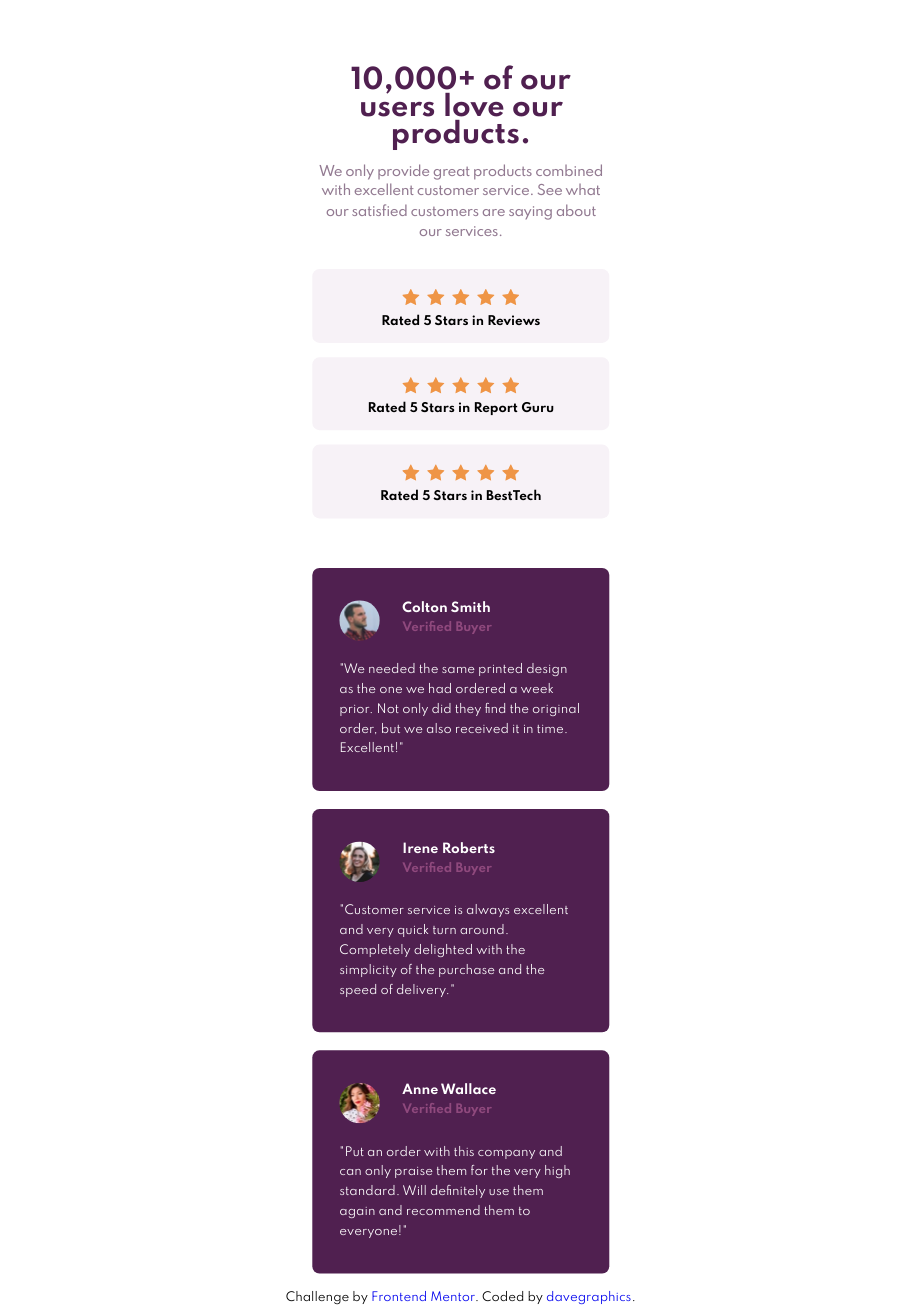
Repository: DejV44/social-proof-section-master
Page: index.html
An editor plug-in stored every save of this project. The page is shown before and after the next save, followed by the edit.
The browser window is 1024 px wide. The pictures show the whole page, at 90% of full size.
The style sheet was rebuilt from its Sass, Less or Tailwind sources for each picture, by a compiler version that may differ from the author's.

Above is the page before, as saved 2021-06-28 21:38:25.

### index.html
<!DOCTYPE html>

<html lang="en">
<head>
    <meta charset="UTF-8">
    <meta http-equiv="X-UA-Compatible" content="IE=edge">
    <meta name="viewport" content="width=device-width, initial-scale=1.0">
    <link rel="stylesheet" href="../css/main.css">
    <title>social-proof-section-master</title>
</head>
<body>
    <div class="size">
        <section class="main">
            <div class="titles">
                <h1 class="title">10,000+ of our <br>users love our <br>products.</h1>
                <p class="item-1">We only provide great products combined with excellent customer service. See what our satisfied customers are saying about our services.</p>
            </div>
            <div class="container">
                <ul>
                    <li class="item1">
                        <img src="../img/stars.svg" alt="stars">
                        <h5>Rated 5 Stars in Reviews</h5>
                    </li>
                </ul>

                <ul>
                    <li class="item2">
                        <img src="../img/stars.svg" alt="stars">
                        <h5>Rated 5 Stars in Report Guru</h5>
                    </li>
                </ul>

                <ul>
                    <li class="item3">
                        <img src="../img/stars.svg" alt="stars">
                        <h5>Rated 5 Stars in BestTech</h5>
                    </li>
                </ul>
            </div>
        </section>

        <section class="citate">
            <ul class="alfa">
                <li>
                    <div class="identy1">
                        <img src="../img/image-colton.jpg" alt="stars">
                        <div>
                            <h3>Colton Smith</h3>
                            <h4>Verified Buyer</h4>
                        </div>
                    </div>
                    <blockquote>"We needed the same printed design as the one we had ordered a week prior. Not only did they find the original order, but we also received it in time. Excellent!"</blockquote>
                </li>
            </ul>

            <ul class="beta">
                <li>
                    <div class="identy2">
                        <img src="../img/image-irene.jpg" alt="stars">
                        <div>
                            <h3>Irene Roberts</h3>
                            <h4>Verified Buyer</h4>
                        </div>
                    </div>
                    <blockquote>"Customer service is always excellent and very quick turn around. Completely delighted with the simplicity of the purchase and the speed of delivery."</blockquote>
                </li>
            </ul>

            <ul class=gama>
                <li>
                    <div class="identy3">
                        <img src="../img/image-anne.jpg" alt="stars">
                        <div>
                            <h3>Anne Wallace</h3>
                            <h4>Verified Buyer</h4>
                        </div>
                    </div>
                    <blockquote>"Put an order with this company and can only praise them for the very high standard. Will definitely use them again and recommend them to everyone!"</blockquote>
                </li>
            </ul>
        </section>
        <div class="attribution">
            Challenge by
            <a href="https://www.frontendmentor.io?ref=challenge" target="_blank"
            >Frontend Mentor</a
            >. Coded by <a href="#">davegraphics</a>.
      </div>
    </div>
</body>
</html>

### css/main.scss
@import url('https://fonts.googleapis.com/css2?family=Spartan:wght@400;500;700&display=swap');

*{
    margin: 0;
    padding: 0;

    -webkit-font-smoothing: antialiased;
    /*outline: 3px solid rgb(197, 197, 197);*/
}

:root {
    --primary-color: hsl(300, 43%, 22%);
    --soft-pink: #8F497D;
    --neutral-color: hsl(303, 10%, 53%);
    --light-color: hsl(300, 24%, 96%);
    --white: hsl(0, 0%, 100%);
}

html {
    height: 100%;
}

@media only screen and (min-width: 1250px) {

body {
    margin: 0;
    padding: 0;

    background-image: url("/img/bg-pattern-top-desktop.svg"), url("/img/bg-pattern-bottom-desktop.svg");
    background-position: top 0px left 0px, bottom 0px right 0px;
    background-repeat: no-repeat;
    background-size: inherit;
    //background: var(--white);
    font-family: 'Spartan', sans-serif;

    .size {


        .main {

            margin: 120px auto 0 167px;
            max-width: 1440px;
            max-height: 400px;
            display: grid;
            grid-template-columns: 1fr 1fr;

            .titles {

                margin-right: 20%;

                .title {
                    font-size: 40px;
                    padding-bottom: 7px;
                }
            }

            .container {


                ul {

                    li {
                        display: grid;
                        grid-template-columns: 180px 260px;
                        list-style: none;
                        text-align: left;
                        border-radius: 7px;
                        background: var(--light-color);
                        max-width: 445px;

                    }
                    .item1 {
                        margin-left: -100px;
                        margin-bottom: 7px;
                    }

                    .item2 {
                        margin-left: -50px;
                        margin-bottom: 7px;
                    }

                    img {
                        width: 120px;
                        height: 17px;
                        grid-column: 1/2;
                        padding: 20px 0 20px 30px;
                    }

                    h5 {
                        grid-column: 2/2;
                        width: 260px;
                        padding: 20px 0;

                    }
                }
            }
        }


        .citate {


            display: grid;
            grid-template-columns: 1fr 1fr 1fr;
            margin: 50px auto;
            max-width: 1440px;


            ul {

                padding: 40px 30px;

                background: var(--primary-color);
                border-radius: .5em;
                width: 350px;
                height: 235px;
                margin: 0px auto 20px auto;

                blockquote {
                        color: var(--white);
                        margin-top: 25px;
                        line-height: 28px;
                        text-align: left;

                }

                li {
                    list-style: none;

                    h3 {
                            color: var(--white);
                            margin: .5em 0 .2em 0;
                            padding-left: 20px;
                            font-size: 15px;

                        }

                        h4 {
                            color: var(--soft-pink);
                            margin: .4em 0 .2em 0;
                            padding-left: 20px;
                            font-size: 14px;

                        }

                    .identy1 {
                        grid-column: 1/3;
                        display: flex;
                        img {
                            margin-top: 6px;
                            border-radius: 5em;
                            width: 45px;
                            height: 45px;
                            position: relative;
                            top: 4px;
                            left: 4px;
                        }

                    }

                    .identy2 {
                        grid-column: 2/3;
                        display: flex;
                        img {
                            margin-top: 6px;
                            border-radius: 5em;
                            width: 45px;
                            height: 45px;
                            position: relative;
                            top: 4px;
                            left: 4px;

                        }


                    }

                    .identy3 {
                        grid-column: 3/3;
                        display: flex;
                        img {
                            margin-top: 6px;
                            border-radius: 5em;
                            width: 45px;
                            height: 45px;
                            position: relative;
                            top: 4px;
                            left: 4px;
                        }


                    }
                }

            }

            .beta {
                margin-top: 20px;
            }

            .gama {
                margin-top: 40px;
            }
        }

        .attribution {
            position: absolute;
            width: 100%;
            bottom: 0;
            text-align: center;
            font-size: 13px;
            padding-bottom: 5px;


            a {
                text-decoration: none;
                font-size: 13px;

            }


        }
    }

}
}

@media only screen and (max-width: 1250px) {
body {
    margin: 0;
    padding: 0;
    font-family: 'Spartan', sans-serif;
    background: url("/img/bg-pattern-top-mobile.svg") no-repeat top 0px left0px, url("/img/bg-pattern-bottom-mobile2.svg");
    background-position: top 0px left 0px, bottom 0px right 0px;
    background-repeat: no-repeat, no-repeat;
    background-size: inherit, cover;

    .size {



        .main {
            text-align: center;
            margin: 0 auto 70px auto;




            .title {
                margin: 0 auto;
                padding: 2.5em 10% 0 10%;
                font-size: 30px;
                line-height: 30px;
                font-weight: 900;
                color: var(--primary-color);
                width: 330px;
                height: 105px;
            }

            p {
                padding: 10px auto;
                margin: 0px auto;
                color: var(--neutral-color);
                line-height: 1.5em;
                letter-spacing: -0.5px;
                width: 325px;
                height: 100px;
                font-size: 14.9px;
                font-weight: 500;
            }

            .container {
                padding: .2em;
                width: 330px;
                height: 80px;
                display: inline-block;

                ul {
                    background: var(--light-color);
                    border-radius: .5em;
                    width: 330px;

                    li {
                    list-style: none;
                    padding: 1em;
                    margin: 1em;


                    img {
                        padding: .3em;
                        width: 130px;
                        height: 20px;
                    }

                    h3 {
                        padding: .3em;
                        color: var(--primary-color);
                        font-size: 13px;
                    }
                }
                }

            }



        }

        .citate {
        /*background-image: url("/img/bg-pattern-bottom-mobile.svg");
        background-repeat: no-repeat;
        background-size: cover;
        background-position-x: 100%;
        background-position-y: 100%; */

            .alfa, .beta, .gama {
                list-style: none;
                background: var(--primary-color);
                border-radius: .5em;
                width: 330px;
                height: 248px;
                margin: 0px auto 20px auto;

                .identy1, .identy2, .identy3 {
                    display: flex;

                    h3 {
                        color: var(--white);
                        margin: .5em 0 .2em 25px;
                        padding: 30px 0 0 30px;
                        font-size: 14px;
                    }

                    h4 {
                        color: var(--soft-pink);
                        margin: .4em 0 .2em 25px;
                        padding: 0px 0 0 30px;
                        font-size: 13px;
                    }

                    img {
                        margin-top: 6px;
                        border-radius: 5em;
                        width: 45px;
                        height: 45px;
                        position: relative;
                        top: 30px;
                        left: 30px;
                    }
                }

                blockquote {
                    color: var(--white);
                    margin-top: 25px;
                    padding: 0 30px 30px 30px;
                    line-height: 22px;
                    text-align: left;
                    font-size: 13px;
                }
            }
        }

        .attribution {

            width: 100%;
            bottom: 0;
            text-align: center;
            font-size: 13px;
            padding-bottom: 5px;


            a {
                text-decoration: none;
                font-size: 13px;

            }


        }



    }





}

}

After the next save:
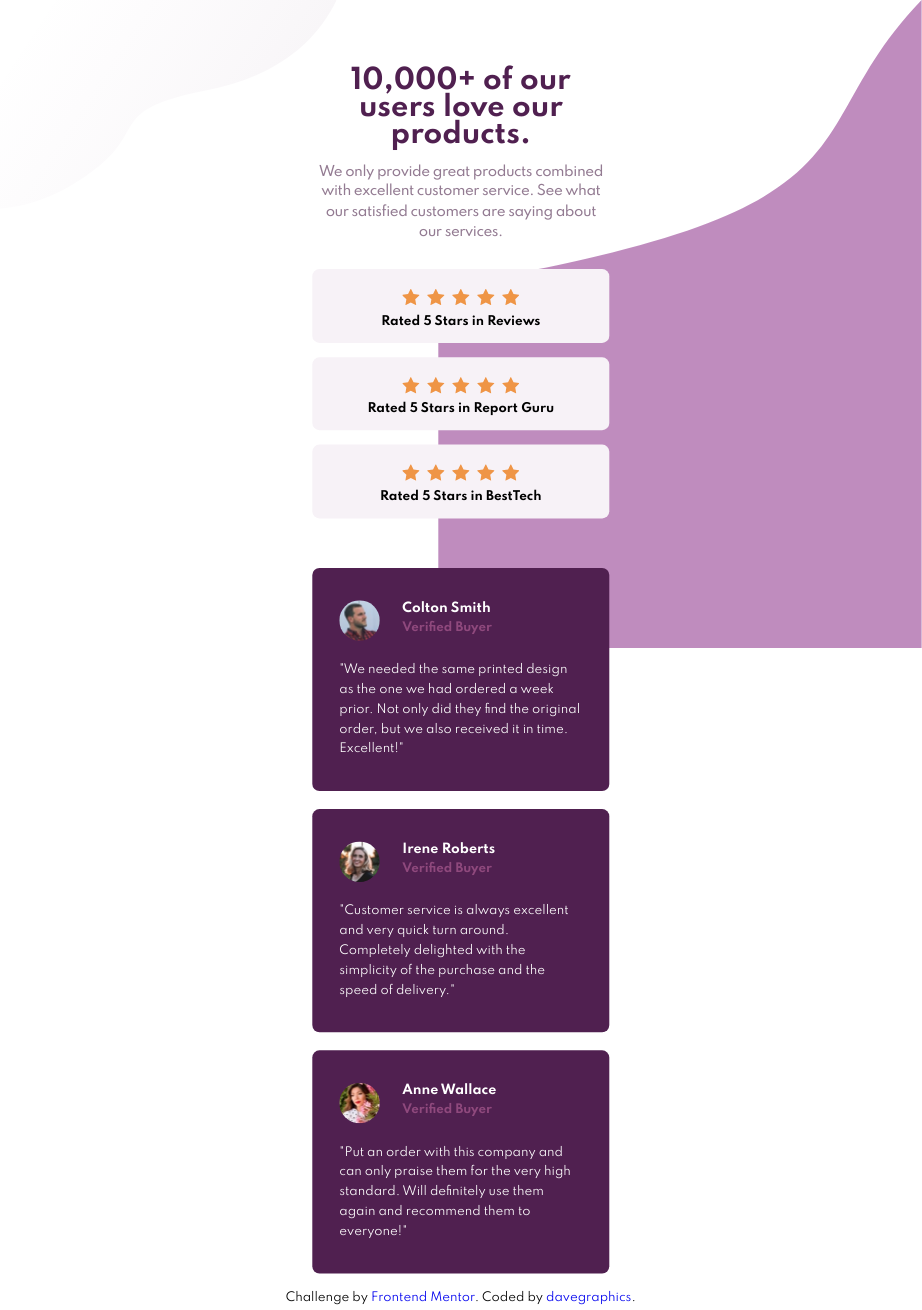
Saved 14 s later.
--- a/css/main.scss
+++ b/css/main.scss
@@ -230,7 +230,7 @@
     margin: 0;
     padding: 0;
     font-family: 'Spartan', sans-serif;
-    background: url("/img/bg-pattern-top-mobile.svg") no-repeat top 0px left0px, url("/img/bg-pattern-bottom-mobile2.svg");
+    background: url("/img/bg-pattern-top-mobile.svg") no-repeat top 0px left 0px, url("/img/bg-pattern-bottom-mobile2.svg");
     background-position: top 0px left 0px, bottom 0px right 0px;
     background-repeat: no-repeat, no-repeat;
     background-size: inherit, cover;

After the 4 saves that followed:
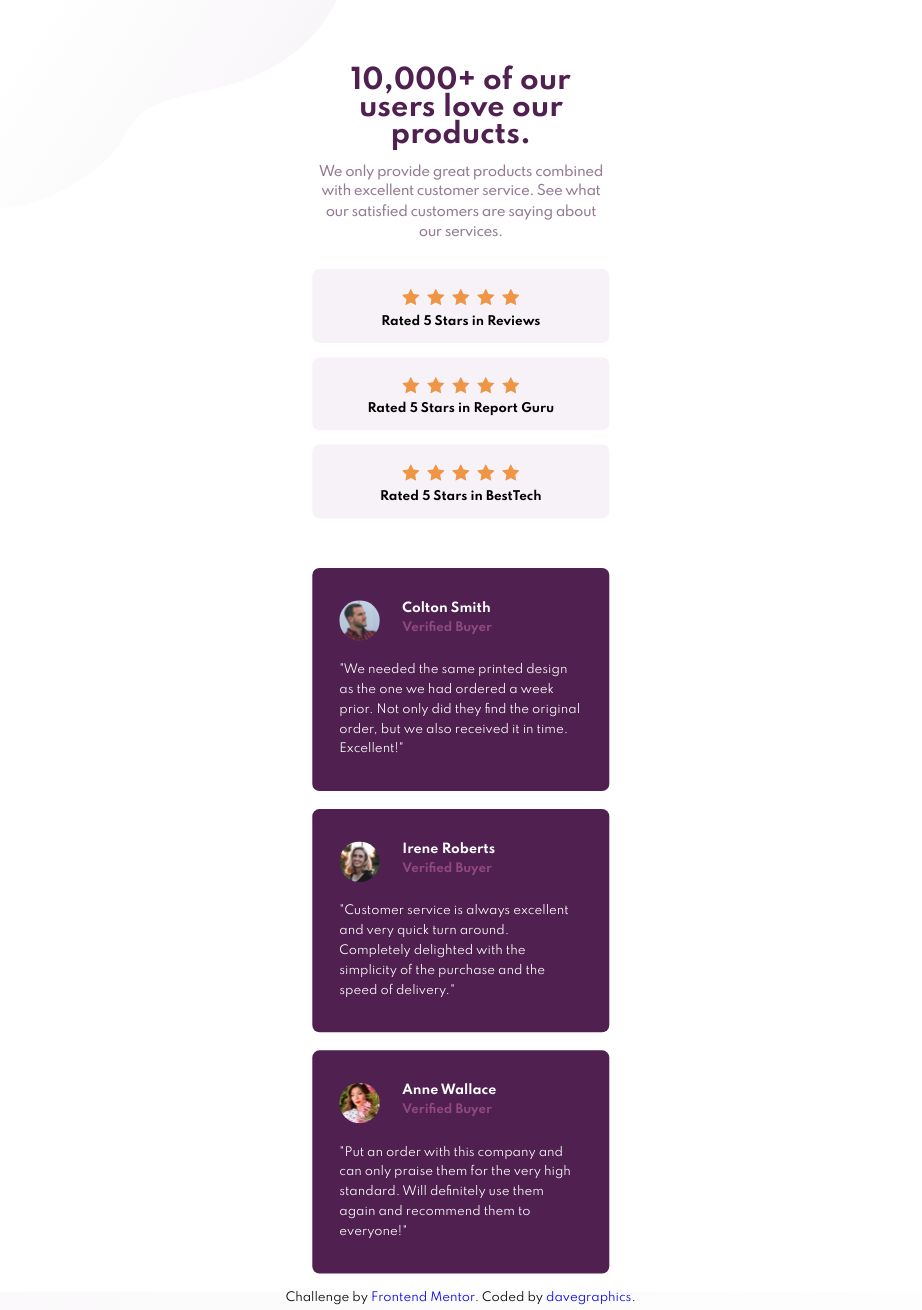
The 4 saves are shown as one change because 3 left the picture as it was.
The last was saved 105 s later.
--- a/css/main.scss
+++ b/css/main.scss
@@ -230,10 +230,10 @@
     margin: 0;
     padding: 0;
     font-family: 'Spartan', sans-serif;
-    background: url("/img/bg-pattern-top-mobile.svg") no-repeat top 0px left 0px, url("/img/bg-pattern-bottom-mobile2.svg");
-    background-position: top 0px left 0px, bottom 0px right 0px;
-    background-repeat: no-repeat, no-repeat;
-    background-size: inherit, cover;
+    background: url("/img/bg-pattern-top-mobile.svg");
+    background-position: top 0px left 0px;
+    background-repeat: no-repeat;
+    background-size: inherit;
 
     .size {
 
@@ -361,6 +361,11 @@
         }
 
         .attribution {
+            background-image: url("/img/bg-pattern-bottom-mobile.svg");
+        background-repeat: no-repeat;
+        background-size: cover;
+        background-position-x: 100%;
+        background-position-y: 100%;
 
             width: 100%;
             bottom: 0;
